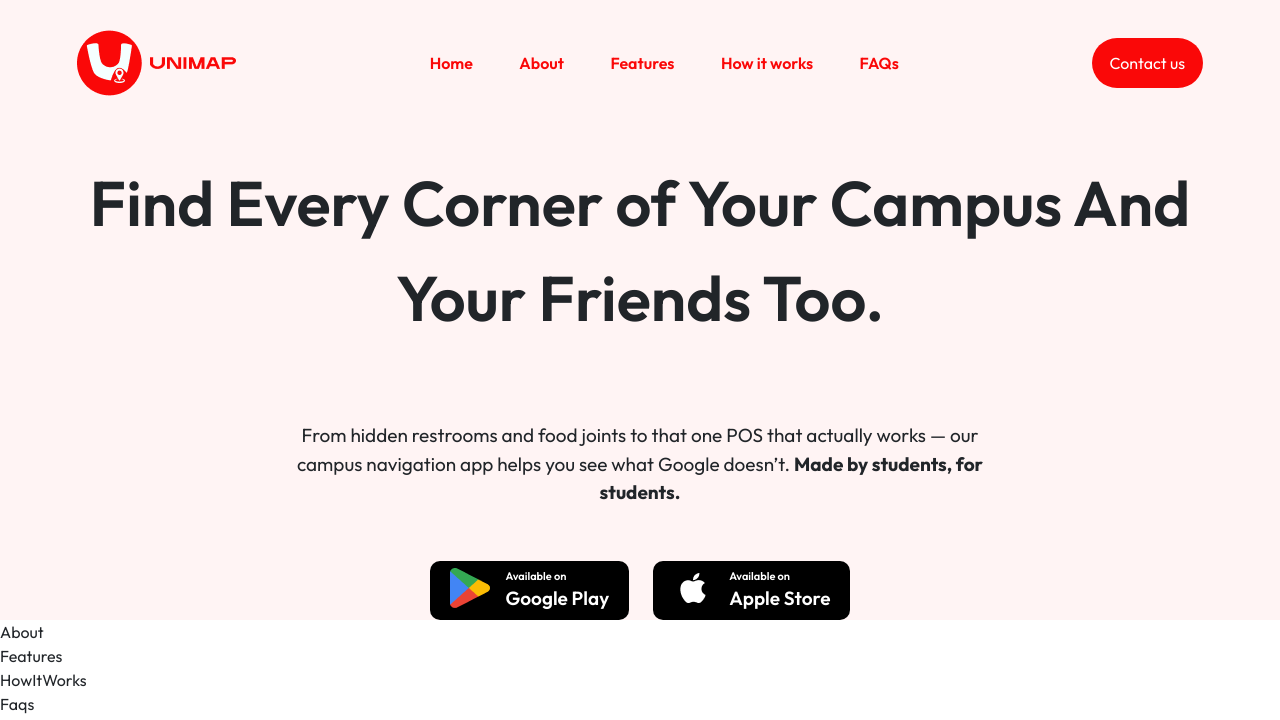
Repository: SahMenz/MUM-website
Page: /
The author's editor kept a copy of each file at every save. The page is drawn from the files as they stood at one save, then again after the next save.
The browser window is 1280 px wide. The pictures show the whole page.
The project was rebuilt for these pictures with package versions that can differ from the ones it lists, and the page was loaded fresh each time. Also part of the build but not shown: vite.config.js.

Above is the page before, as saved 2025-08-29 16:56:04.

After the next save:
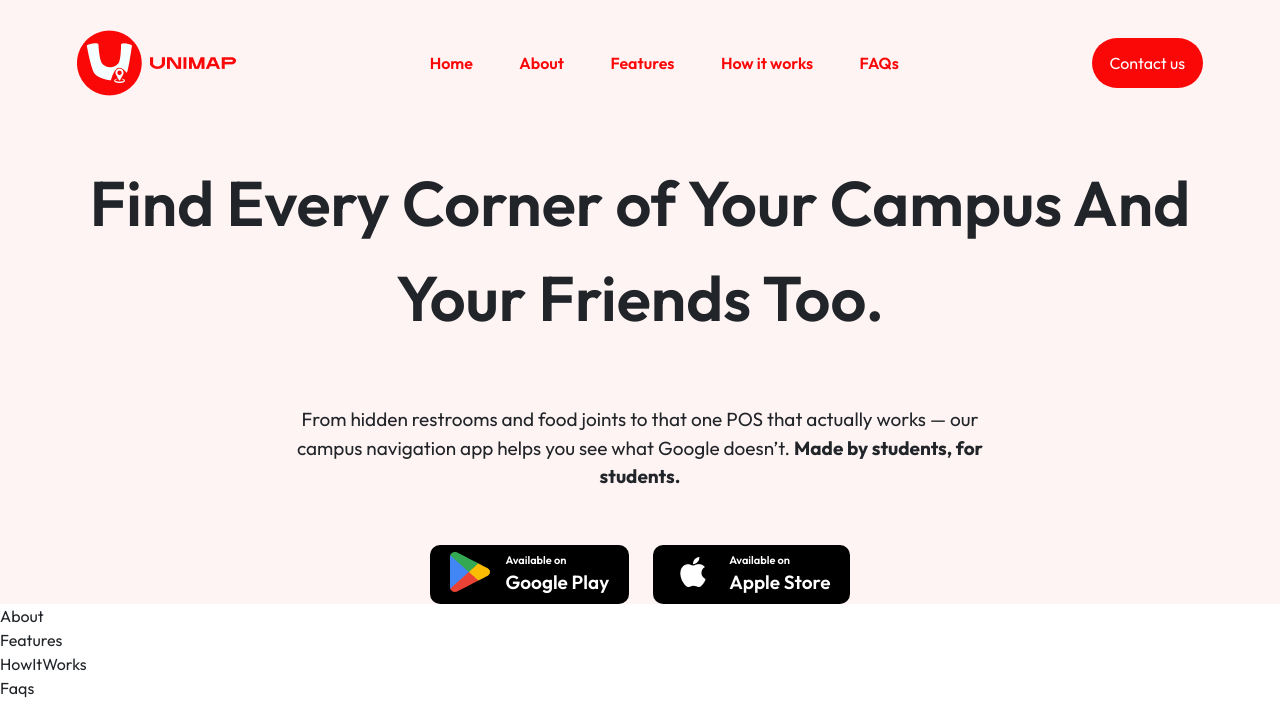
Saved 32 s later.
--- a/src/components/hero/hero.jsx
+++ b/src/components/hero/hero.jsx
@@ -5,7 +5,7 @@
   return (
     <div className='bg-ff4  d-flex align-items-center flex-column justify-content-center text-center'>
       <div className='spacing-50 fs-63 fw-600'>Find Every Corner of Your Campus And Your Friends Too.</div>
-      <div className='spacing-50 fw-400 fs-19 col-10 col-md-8 mt-3'>From hidden restrooms and food joints to that one POS that actually works — our campus navigation app helps you see what Google doesn’t. <b>Made by students, for students.</b></div>
+      <div className='spacing-50 fw-400 fs-19 col-10 col-md-8 '>From hidden restrooms and food joints to that one POS that actually works — our campus navigation app helps you see what Google doesn’t. <b>Made by students, for students.</b></div>
       <div className="d-flex flex-column flex-md-row gap-4 mt-4">
         <button className="d-flex gap-3 txt-ff bg-00" style={{borderRadius:"10px", padding:"7px 20px"}}>
           <img src={playStore}/>
